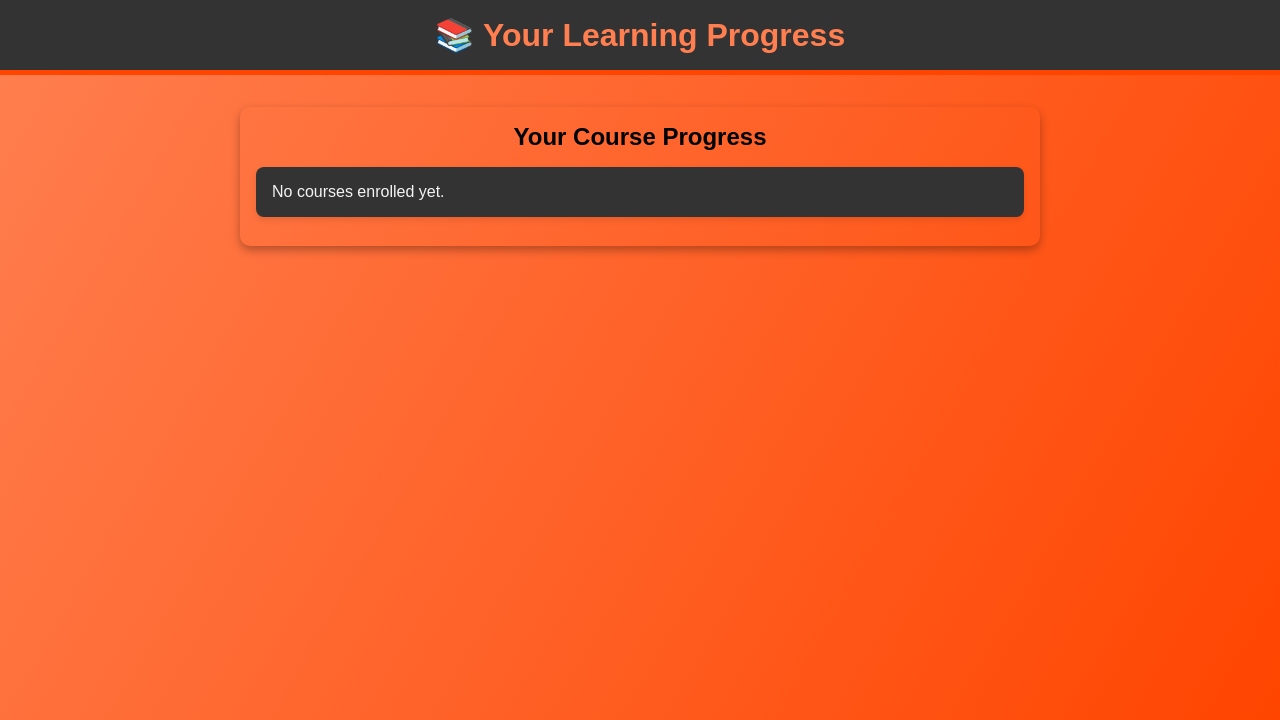
Repository: Syed1818/project
Page: http://localhost/progress-tracker.php
The author's editor kept a copy of each file at every save. The page is drawn from the files as they stood at one save, then again after the next save.
The browser window is 1280 px wide. The pictures show the whole page.
The page is run by PHP 8.4 with error messages shown; the project is at /var/www/html/. The session is filled in as if someone had signed in: {"user_id": 1}. Other server files are loaded and not shown. Queries for data that is not in the repository find no rows.

Above is the page before, as saved 2024-12-07 17:52:54.

### progress-tracker.php
<?php
session_start();

if (!isset($_SESSION['user_id'])) {
    header("Location: login.php");
    exit();
}
?>
<!DOCTYPE html>
<html lang="en">
<head>
    <meta charset="UTF-8">
    <meta name="viewport" content="width=device-width, initial-scale=1.0">
    <title>Progress Tracker</title>
    <style>
        /* General Reset */
        * {
            margin: 0;
            padding: 0;
            box-sizing: border-box;
        }

        body {
            font-family: 'Arial', sans-serif;
            background: linear-gradient(120deg, #ff7f50, #ff4500); /* Orange gradient background */
            color: #f4f4f4; /* Light text for contrast */
            min-height: 100vh;
            display: flex;
            flex-direction: column;
        }

        /* Header Styling */
        .header {
            background-color: #333; /* Dark background for header */
            color: #ff7f50; /* Orange text */
            padding: 1rem;
            text-align: center;
            border-bottom: 5px solid #ff4500; /* Orange bottom border */
        }

        .header h1 {
            font-size: 2rem;
            font-weight: bold;
        }

        /* Section Styling */
        .progress-section {
            margin: 2rem auto;
            padding: 1rem;
            max-width: 800px;
            background: transparent; /* Semi-transparent black background */
            border-radius: 10px;
            box-shadow: 0 4px 10px rgba(0, 0, 0, 0.3);
        }

        .progress-section h2 {
            font-size: 1.5rem;
            text-align: center;
            margin-bottom: 1rem;
            color: black; /* Orange text for section titles */
        }

        /* Progress List Styling */
        .progress-container ul {
            list-style: none;
            padding: 0;
        }

        .progress-container li {
            background: #333; /* Dark background for progress items */
            margin: 0.8rem 0;
            padding: 1rem;
            border-radius: 8px;
            box-shadow: 0 3px 6px rgba(0, 0, 0, 0.1);
            display: flex;
            flex-direction: column;
            gap: 0.5rem;
        }

        .progress-container strong {
            font-size: 1.2rem;
            color: #ff7f50; /* Orange color for course names */
        }

        .progress-container form {
            display: flex;
            justify-content: space-between;
            align-items: center;
            gap: 1rem;
        }

        /* Progress Bar */
        .progress-bar {
            width: 100%;
            background: #e0e0e0;
            border-radius: 20px;
            height: 15px;
            position: relative;
            overflow: hidden;
        }

        .progress-bar span {
            display: block;
            height: 100%;
            background-color: #ff7f50; /* Orange progress bar */
            width: 0;
            border-radius: 20px;
            transition: width 0.4s ease-in-out;
        }

        /* Inputs and Buttons */
        input[type="number"] {
            width: 60px;
            padding: 0.5rem;
            border: 1px solid #ccc;
            border-radius: 5px;
        }

        button {
            background-color: #ff4500; /* Orange button */
            color: white;
            border: none;
            padding: 0.5rem 1rem;
            border-radius: 5px;
            cursor: pointer;
            transition: background-color 0.3s;
        }

        button:hover {
            background-color: #ff6347; /* Lighter orange on hover */
        }

    </style>
</head>
<body>
    <header class="header">
        <h1>📚 Your Learning Progress</h1>
    </header>
    <main>
        <section class="progress-section">
            <h2>Your Course Progress</h2>
            <div class="progress-container">
                <?php include 'fetch_progress.php'; ?>
            </div>
        </section>
    </main>
</body>
</html>

### fetch_progress.php
<?php
if (session_status() === PHP_SESSION_NONE) {
    session_start();
}

include 'connect.php';

if (!isset($_SESSION['user_id'])) {
    header("Location: login.php");
    exit();
}

$user_id = $_SESSION['user_id'];
$sql = "
    SELECT enrollments.id AS enrollment_id, courses.title, enrollments.progress
    FROM enrollments
    INNER JOIN courses ON enrollments.course_id = courses.id
    WHERE enrollments.user_id = '$user_id'";
$result = $conn->query($sql);

echo "<ul>";
if ($result->num_rows > 0) {
    while ($row = $result->fetch_assoc()) {
        $progress = $row['progress'];
        echo "<li>
                <strong>" . htmlspecialchars($row['title']) . "</strong>
                <div class='progress-bar'>
                    <span style='width: " . $progress . "%;'></span>
                </div>
                <form action='update-progress.php' method='POST'>
                    <input type='hidden' name='enrollment_id' value='" . $row['enrollment_id'] . "'>
                    <input type='number' name='progress' min='0' max='100' value='" . $progress . "'>
                    <button type='submit'>Update</button>
                </form>
                </li>";
    }
} else {
    echo "<li>No courses enrolled yet.</li>";
}
echo "</ul>";

### connect.php
<?php
$host = '127.0.0.1'; // Database host (localhost in most cases)
$db = 'elearning'; // Your database name
$user = 'myadmin'; // MySQL username
$pass = 'syedshahid@123'; // MySQL password

// Create a MySQLi connection
$conn = new mysqli($host, $user, $pass, $db);

// Check the connection
if ($conn->connect_error) {
    die("Connection failed: " . $conn->connect_error);
}
?>

After the next save:
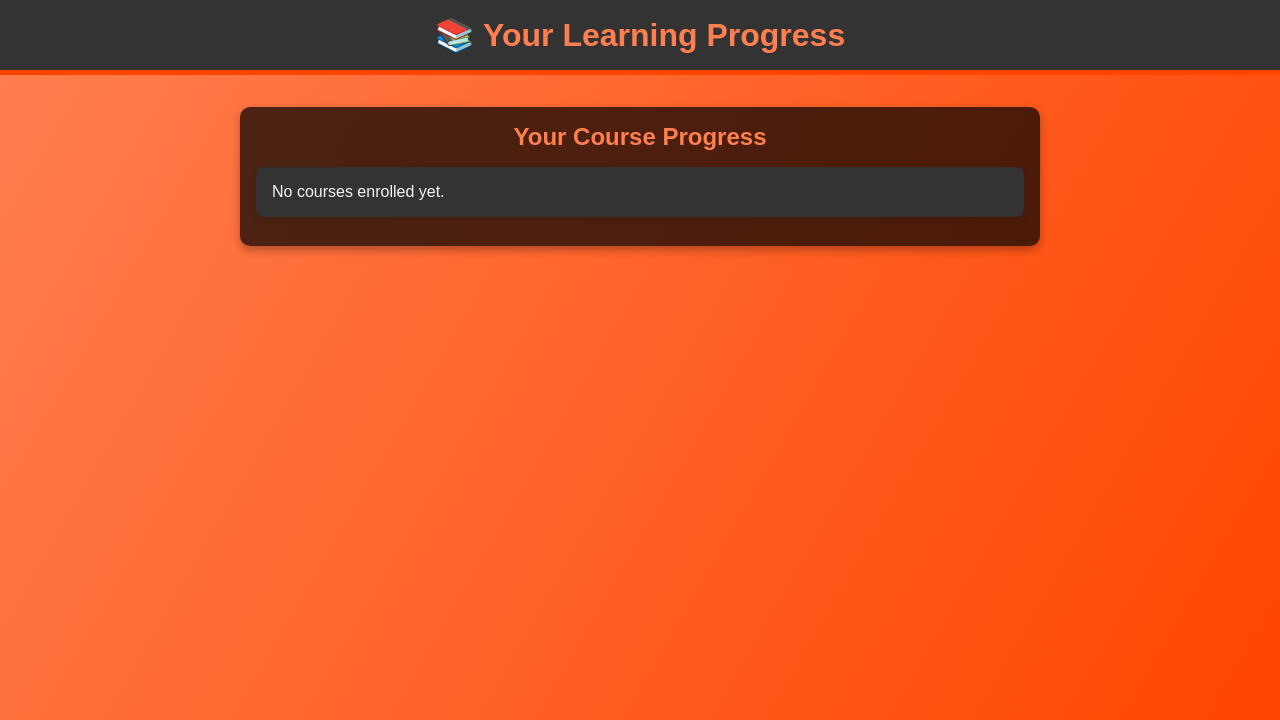
Saved 28 s later.
--- a/progress-tracker.php
+++ b/progress-tracker.php
@@ -48,7 +48,7 @@ if (!isset($_SESSION['user_id'])) {
             margin: 2rem auto;
             padding: 1rem;
             max-width: 800px;
-            background: transparent; /* Semi-transparent black background */
+            background: rgba(0, 0, 0, 0.7); /* Semi-transparent black background */
             border-radius: 10px;
             box-shadow: 0 4px 10px rgba(0, 0, 0, 0.3);
         }
@@ -57,7 +57,7 @@ if (!isset($_SESSION['user_id'])) {
             font-size: 1.5rem;
             text-align: center;
             margin-bottom: 1rem;
-            color: black; /* Orange text for section titles */
+            color: #ff7f50; /* Orange text for section titles */
         }
 
         /* Progress List Styling */
